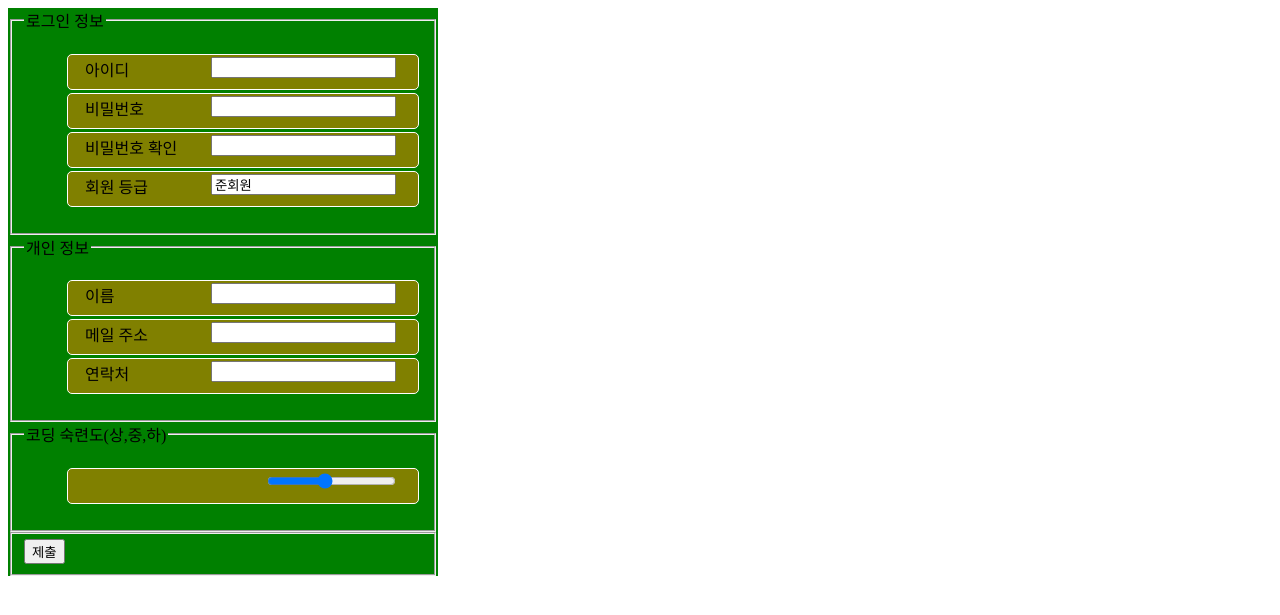
Repository: giwon8701/Qclass_KH
Page: Workspace_Java/testWebProject/test.html
An editor plug-in stored every save of this project. The page is shown before and after the next save, followed by the edit.
The browser window is 1280 px wide. The pictures show the whole page.

Above is the page before, as saved 2021-01-11 02:35:46.

### Workspace_Java/testWebProject/test.html
<head>
</head><!doctype html>
<html lang="ko">
<head>
<meta charset="UTF-8">
<link href="test_css.css" rel="stylesheet" type="text/css">
</head>

<body>
<form class="navi">
	<fieldset>
		<legend>로그인 정보</legend>
		<ol>
			<li>
				<label>아이디</label>
				<input type="text" id="id">
			</li>

			<li>
				<label>비밀번호</label>
				<input type="text" id="pw">
			</li>

			<li>
				<label>비밀번호 확인</label>
				<input type="text" id="pw_confirm">
			</li>

			<li>
				<label>회원 등급</label>
				<input type="text" id="grade" value="준회원">
			</li>
		</ol>
	</fieldset>

	<fieldset>
		<legend>개인 정보</legend>
		<ol>
			<li>
				<label>이름</label>
				<input type="text" id="name">
			</li>

			<li>
				<label>메일 주소</label>
				<input type="text" id="email">
			</li>

			<li>
				<label>연락처</label>
				<input type="text" id="phone_number">
			</li>
		</ol>
	</fieldset>

	<fieldset>
		<legend>코딩 숙련도(상,중,하)</legend>
		<ol>
			<li>
				<input type="range" id="coding_level" min="1" max="10" step="2">
			</li>
		</ol>
	</fieldset>

	<fieldset>
		<input type="submit" value="제출">
	</fieldset>
</form>
</body>
</html>

### Workspace_Java/testWebProject/test_css.css
.navi {
	background: green;
	width: 430px;
}
.navi ol li {
	list-style-type: none;
	border-style: solid;
	border-width: thin;
	border-color: white;
	border-radius: 5px;
	height: 30px;
	margin: 3px;
	padding: 2px;
	background: olive;
}
.navi ol li label {
	width: 100px;
	padding: 15px;
	top:10%;
}
.navi ol li input {
	float: right;
	margin-right: 20px;
}

After the next save:
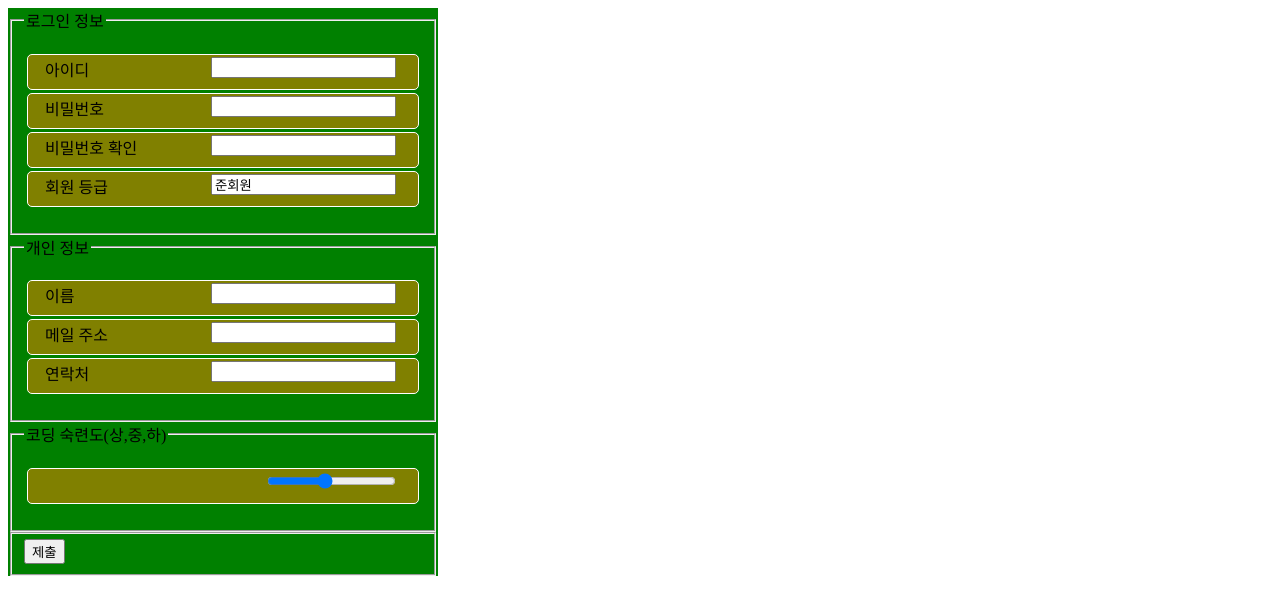
Saved 18 s later.
--- a/Workspace_Java/testWebProject/test_css.css
+++ b/Workspace_Java/testWebProject/test_css.css
@@ -1,6 +1,9 @@
 .navi {
 	background: green;
 	width: 430px;
+}
+.navi ol {
+	padding: 0px;
 }
 .navi ol li {
 	list-style-type: none;
